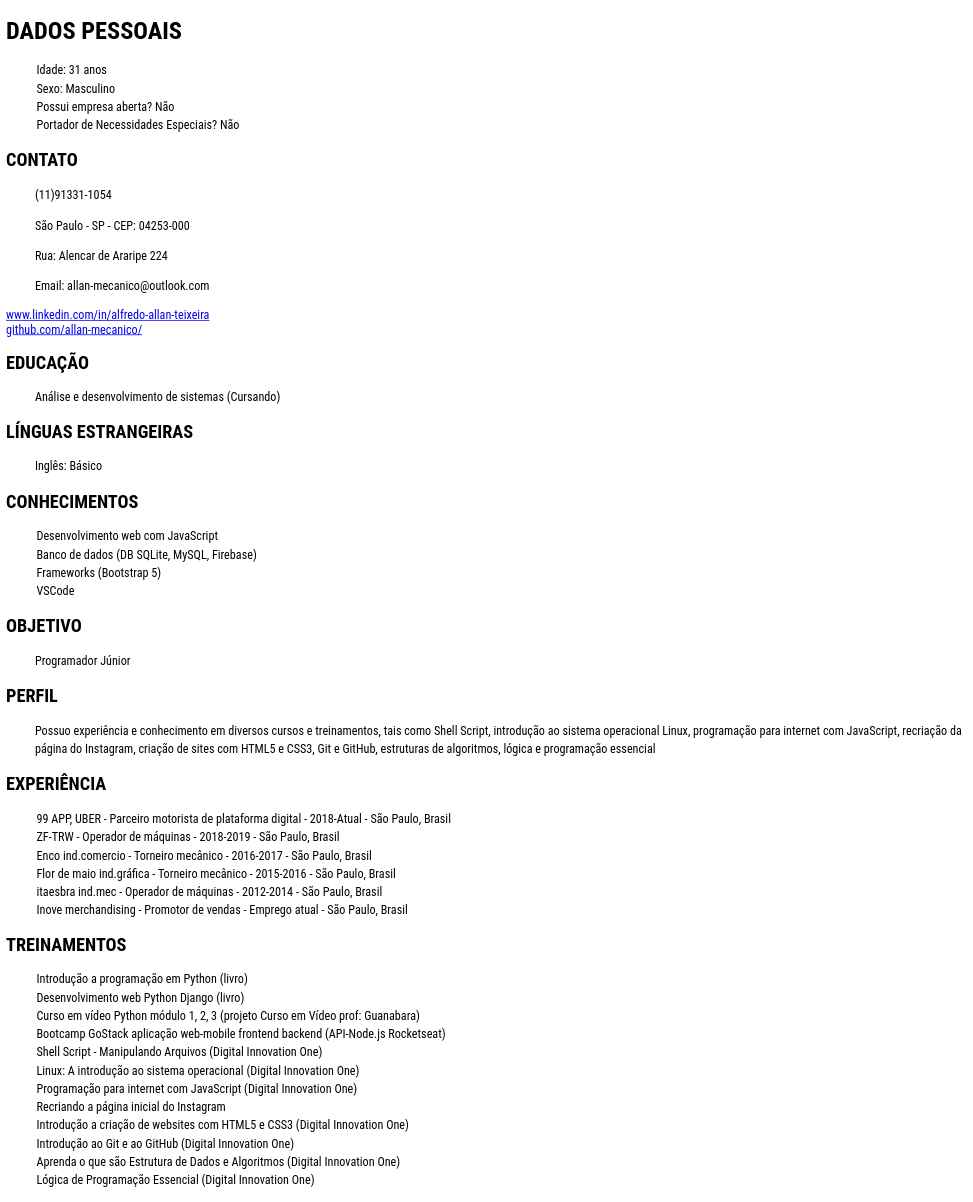
Repository: alfredo-allan/Portfolio
Page: curriculo.html
An editor plug-in stored every save of this project. The page is shown before and after the next save, followed by the edit.
The browser window is 1280 px wide. The pictures show the whole page, at 76% of full size.

Above is the page before, as saved 2024-03-20 15:08:55.

After the next save:
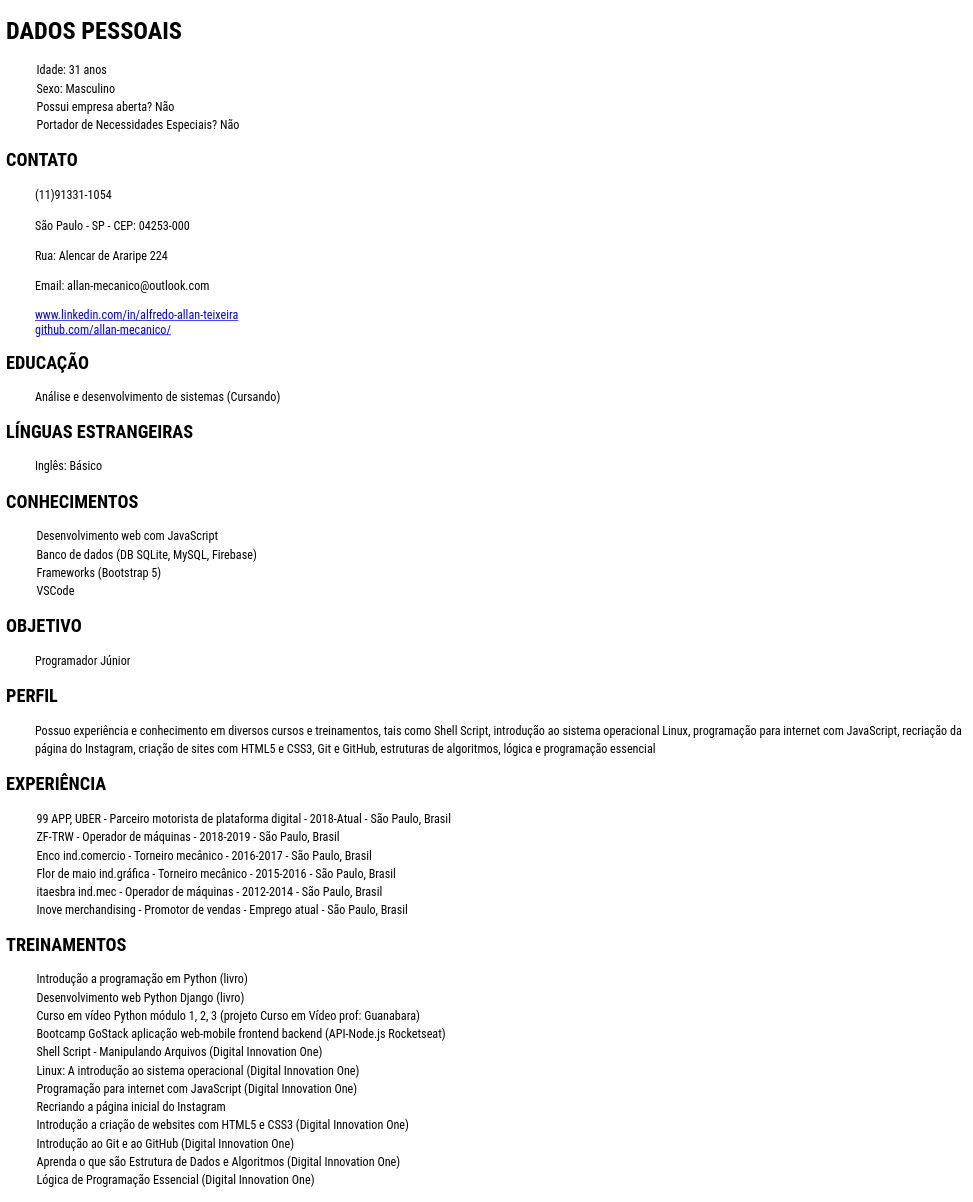
Saved 5 s later.
--- a/src/assets/styles/curriculo.css
+++ b/src/assets/styles/curriculo.css
@@ -17,6 +17,6 @@ body {
 		margin-left: 3%;
 	}
 	a {
-
+				margin-left: 3%;
 	}
 }
